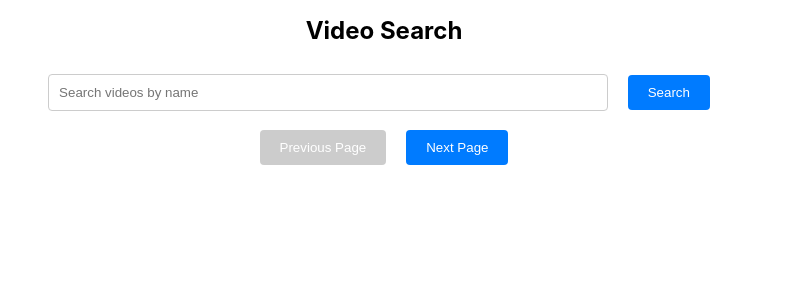
Repository: LolaSL/video-search
Page: /
The author's editor kept a copy of each file at every save. The page is drawn from the files as they stood at one save, then again after a run of saves.
The browser window is 768 px wide. The page is 768 px wide, then 790 px, so the pictures cover 790 px, including what lies to the right of the window. The pictures show the whole page.
The project was rebuilt for these pictures with package versions that can differ from the ones it lists, and the page was loaded fresh each time.

Above is the page before, as saved 2023-08-12 13:01:04.

After the next 2 saves:
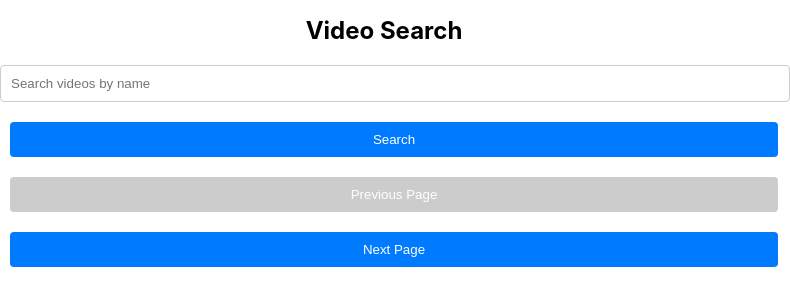
The 2 saves are shown as one change because they came seconds apart.
The last was saved 3 min 55 s later.
--- a/src/App.css
+++ b/src/App.css
@@ -65,3 +65,30 @@ iframe {
 .pagination button {
   margin-right: 10px;
 }
+/* Media queries for different screen sizes */
+@media screen and (max-width: 768px) {
+  /* Adjust styles for smaller screens */
+  .container {
+    padding: 10px;
+  }
+
+  input[type="text"] {
+    width: 100%;
+    margin-right: 0;
+    margin-bottom: 10px;
+  }
+
+  button {
+    width: 100%;
+    margin-bottom: 10px;
+  }
+
+  .video-item {
+    padding: 10px;
+    margin: 10px 0;
+  }
+
+  .pagination {
+    text-align: center;
+  }
+}
